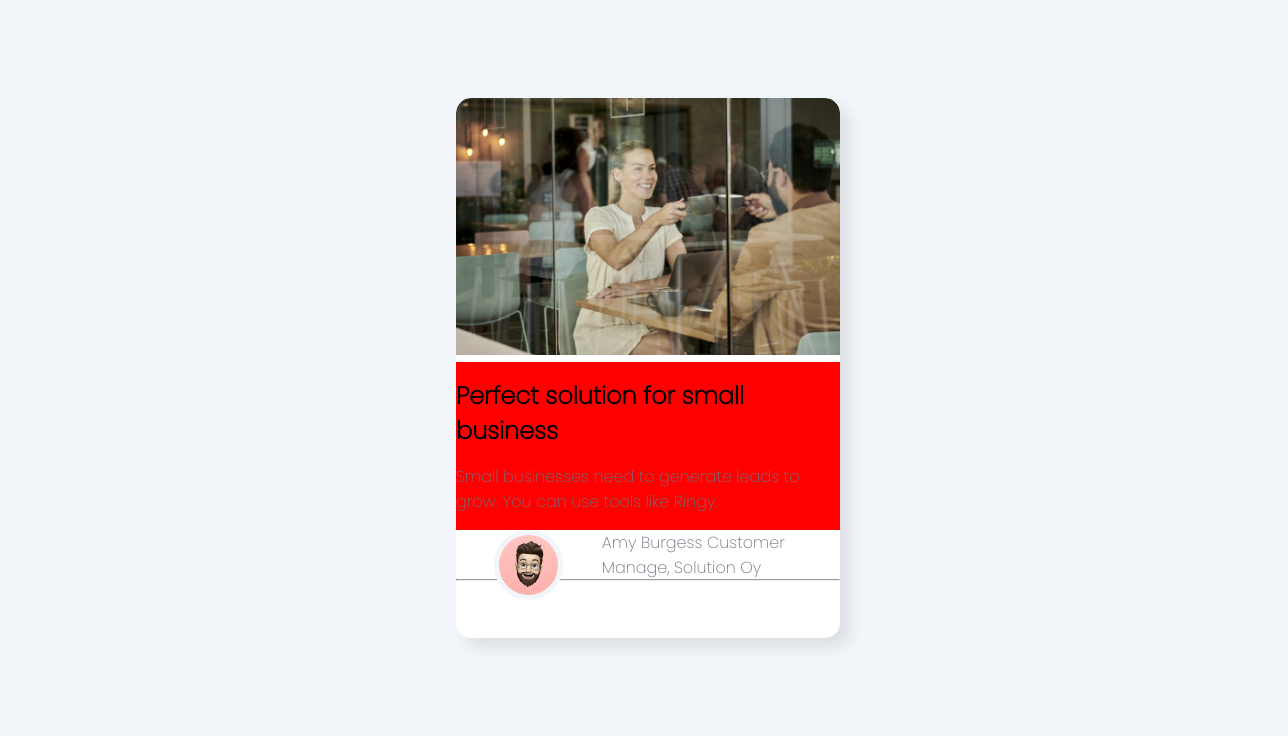
Repository: massndongo/business-blog-card
Page: index.html
These files come from the project's save history. The page is drawn as it stood at one moment and after a run of saves; the edit follows.
The browser window is 1280 px wide. The page is 1288 px wide, so the pictures cover 1288 px, including what lies to the right of the window. The pictures show the whole page.

Above is the page before, as saved 2023-11-08 05:11:37.

After the next 2 saves:
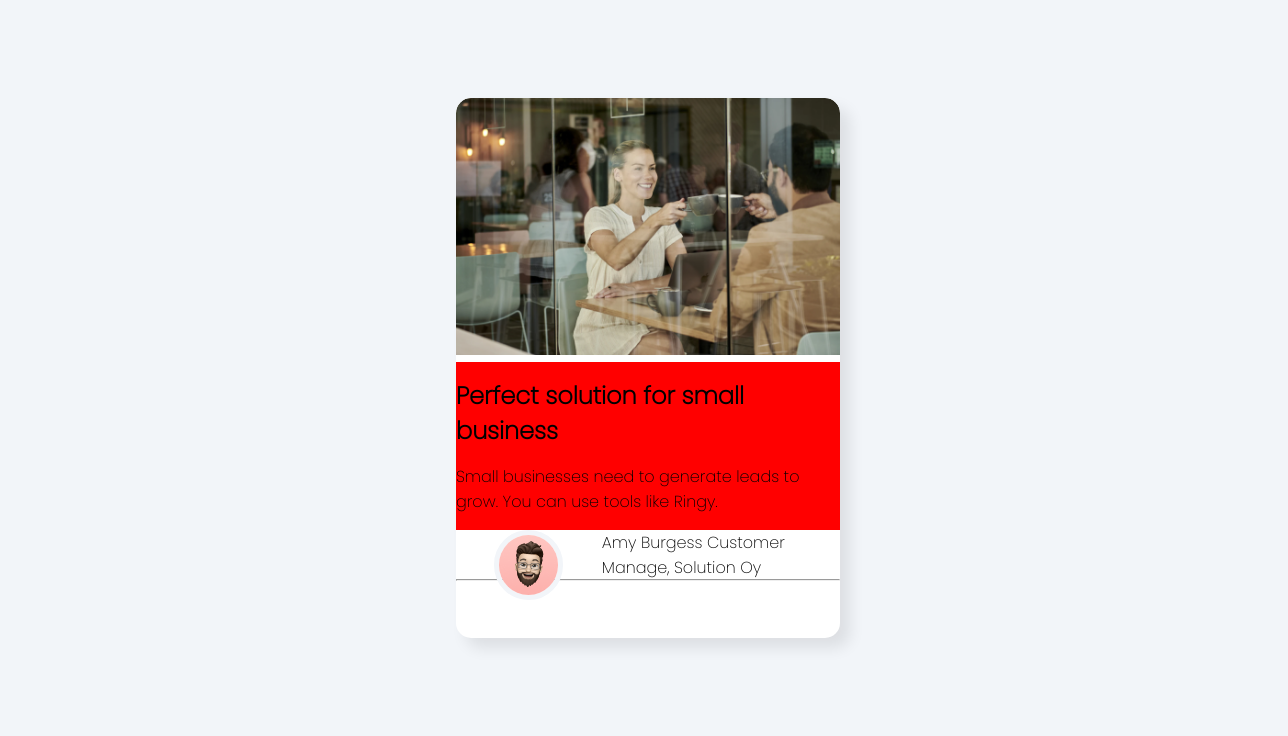
The 2 saves are shown as one change because they came seconds apart.
The last was saved 28 s later.
--- a/css/styles.css
+++ b/css/styles.css
@@ -55,6 +55,7 @@
     border-radius: 50%;
     border: 5px solid #F2F5F9;
 }
+.card-footer #
 .corps, .card-footer, hr{
     color: #6C727F
 }

After the 4 saves that followed:
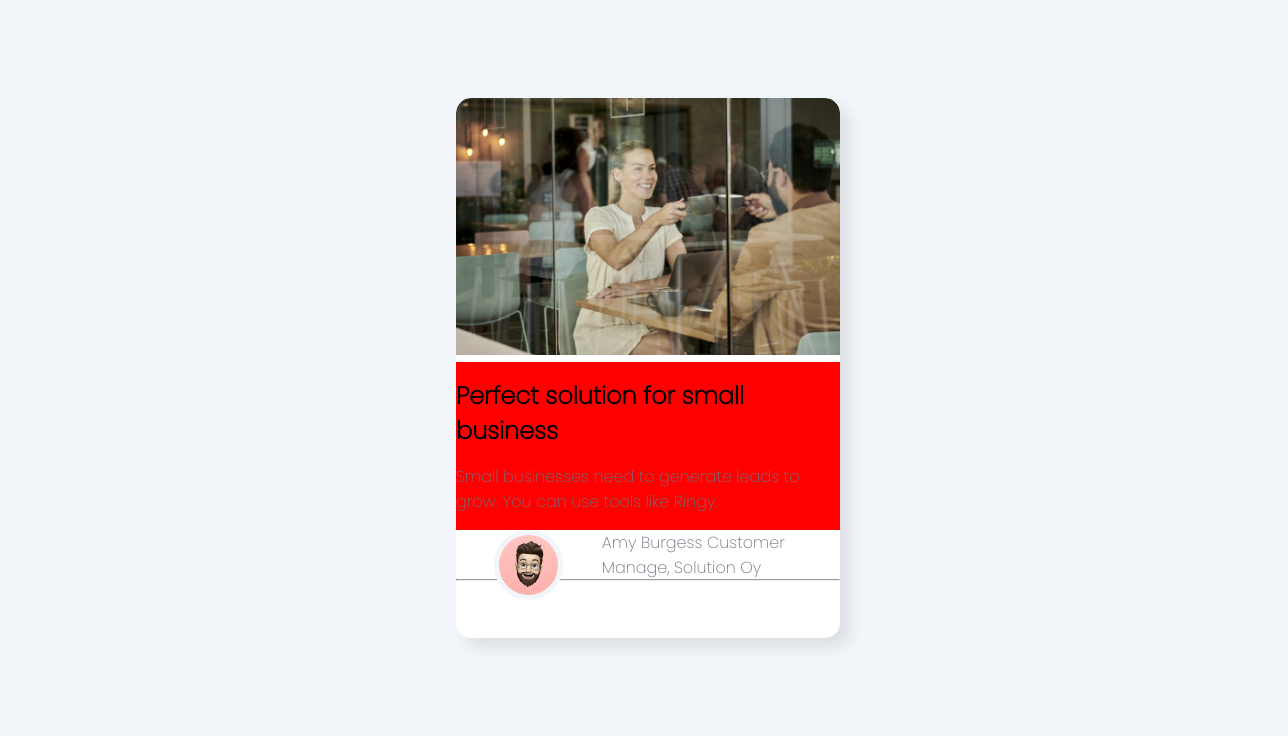
The 4 saves are shown as one change because they came seconds apart.
The last was saved 9 s later.
--- a/css/styles.css
+++ b/css/styles.css
@@ -55,7 +55,9 @@
     border-radius: 50%;
     border: 5px solid #F2F5F9;
 }
-.card-footer #
+.card-footer #name{
+    font-weight: ;
+}
 .corps, .card-footer, hr{
     color: #6C727F
 }
